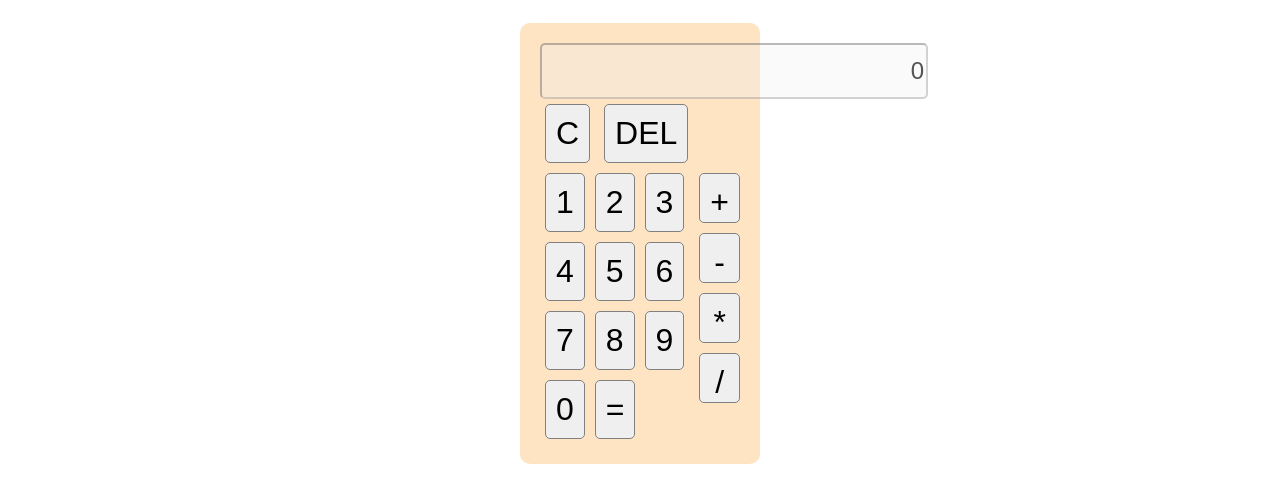
Repository: jaskeat/Calculator
Page: index.html
An editor plug-in stored every save of this project. The page is shown before and after the next save, followed by the edit.
The browser window is 1280 px wide. The pictures show the whole page.

Above is the page before, as saved 2024-09-05 13:18:52.

### index.html
<!DOCTYPE html>
<html lang="en">
	<head>
		<meta charset="UTF-8" />
		<meta name="viewport" content="width=device-width, initial-scale=1.0" />
		<title>Calculator</title>
		<link rel="stylesheet" href="style.css" />
	</head>
	<body>
		<div class="calculator">
			<div class="display">
				<input type="text" class="display-input" value="0" disabled />
			</div>

			<div class="extrabtn">
				<button class="btn" onclick="clearDisplay()">C</button>
				<button class="btn" onclick="deleteLast()">DEL</button>
			</div>

			<div class="buttons">
				<div class="operators">
					<button class="btn" onclick="append('+')">+</button>
					<button class="btn" onclick="append('-')">-</button>
					<button class="btn" onclick="append('*')">*</button>
					<button class="btn" onclick="append('/')">/</button>
				</div>

				<div class="numbers">
					<button class="btn" onclick="append('1')">1</button>
					<button class="btn" onclick="append('2')">2</button>
					<button class="btn" onclick="append('3')">3</button>
					<button class="btn" onclick="append('4')">4</button>
					<button class="btn" onclick="append('5')">5</button>
					<button class="btn" onclick="append('6')">6</button>
					<button class="btn" onclick="append('7')">7</button>
					<button class="btn" onclick="append('8')">8</button>
					<button class="btn" onclick="append('9')">9</button>
					<button class="btn" onclick="append('0')">0</button>
					<button class="btn" onclick="calculate()">=</button>
				</div>
			</div>
		</div>
		<script src="script.js"></script>
	</body>
</html>

### style.css
body {
	display: flex;
	justify-content: center;
	align-items: center;
}

.calculator {
	width: 200px;
	max-width: 600px;
	height: auto;
	margin: 15px;
	padding: 20px;
	background-color: bisque;
	border-radius: 10px;
}

button {
	border-radius: 5px;
	border: 1px grey solid;
	font-size: 1.3rem;
}

input {
	width: 380px;
	height: 50px;
	font-size: 1.5rem;
	text-align: right;
	border-radius: 5px;
}

.operators {
	display: flex;
	flex-direction: column;
	width: auto;
}

.operators button {
	width: auto;
	height: 50px;
	margin: 5px 0;
}

.numbers {
	display: flex;
	flex-wrap: wrap;
	height: auto;
	width: 150px;
}

.buttons {
	display: flex;
	flex-direction: row-reverse;
	justify-content: space-between;
	font-size: 2rem;
}

.btn {
	font-size: 2rem;
	padding: 10px;
	margin: 5px;
}

Loaded but not shown: script.js (no copy from this time; the picture is the same without it)

After the next save:
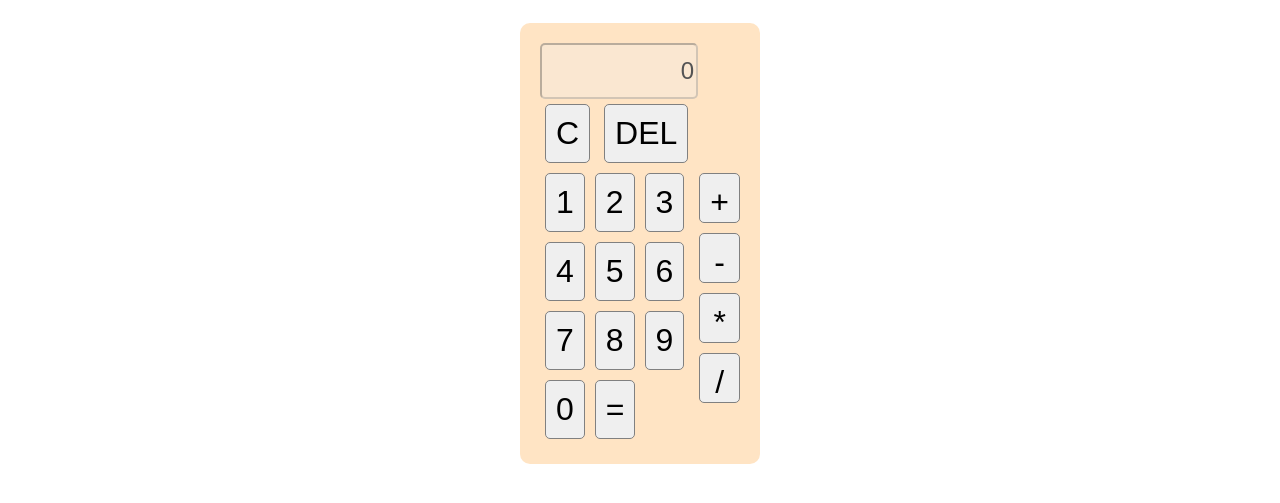
Saved 14 s later.
--- a/style.css
+++ b/style.css
@@ -21,7 +21,7 @@ button {
 }
 
 input {
-	width: 380px;
+	width: 150px;
 	height: 50px;
 	font-size: 1.5rem;
 	text-align: right;
